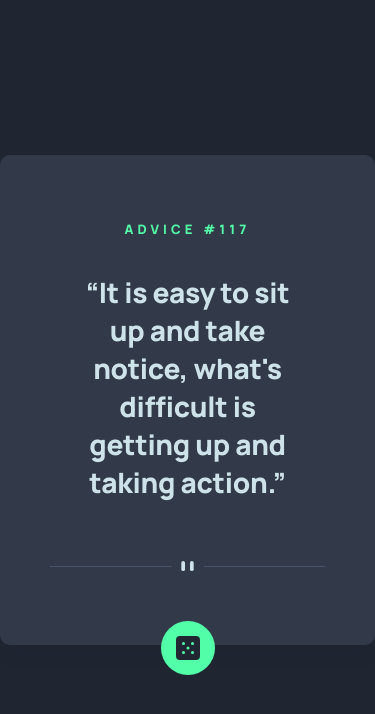
Repository: Arkitecth/advice-generator
Page: index.html
An editor plug-in stored every save of this project. The page is shown before and after the next save, followed by the edit.
The browser window is 375 px wide. The pictures show the whole page.

Above is the page before, as saved 2023-07-12 18:39:13.

### index.html
<!DOCTYPE html>
<html lang="en">
<head>
  <meta charset="UTF-8">
  <meta name="viewport" content="width=device-width, initial-scale=1.0"> <!-- displays site properly based on user's device -->

  <link rel="icon" type="image/png" sizes="32x32" href="./images/favicon-32x32.png">
  <link rel="stylesheet" href="style.css">
  <title>Advice generator app</title>

</head>
<body>
  <div class="container">
    <p class="advice">Advice <span class="advice-num">#117</span></p>
    <p class="advice-text">“It is easy to sit up and take notice, what's difficult is getting up and taking action.”</p>
    <img class="pattern-divider" src="images/pattern-divider-desktop.svg" alt="pattern-divider-desktop">
    <div>
      <img class="dice-icon" src="images/icon-dice.svg" alt="dice-icon">
    </div>

  </div>
</body>
</html>

### style.css

@import url('https://fonts.googleapis.com/css2?family=Manrope:wght@800&display=swap');
:root {
    --dark-blue: hsl(218, 23%, 16%);
    --dark-grayish-blue:hsl(217, 19%, 24%);
    --light-cyan:  hsl(193, 38%, 86%);
    --neon-green:hsl(150, 100%, 66%);
    --grayish-blue:hsl(217, 19%, 38%);
}
* {
    margin: 0;
    padding:0;
    box-sizing: border-box;
    font-family: 'Manrope', sans-serif;
}


body {
    background-color: var(--dark-blue);
    display: flex;
    height: 100vh;
    align-items: center;
}

.container {
    margin: 0 auto;
    background-color: var(--dark-grayish-blue);
    max-width: 540px;
    padding: 50px;
    border-radius: 10px;
    box-shadow: 0px 10px 10px var(--dark-blue);
    display: flex;
    flex-direction: column;
    align-items: center;
    align-content: space-around;
    justify-content: space-between;
}

.advice {
    color: var(--neon-green);
    text-transform: uppercase;
    font-weight: 800;
    letter-spacing: 4.086px;
    font-size: 0.8125rem;
    padding: 15px;
}

.advice-text {
    color: var(--light-cyan);
    text-align: center;
    font-size: 28px;
    letter-spacing: -0.3px;
    padding: 20px;
}


.pattern-divider {
    padding-top: 10px;
    width: 100%;
    transform: translateY(30px);
}

.container div {
    display: flex;
    transform: translateY(80px);
    background-color: var(--neon-green);
    border-radius: 50%;
    justify-content: center;
    padding: 15px;
    cursor: pointer;
}

.container div:hover {
    box-shadow: 0px 0px 10px var(--neon-green);
}

@media screen and (max-width:375px) {

}

After the next save:
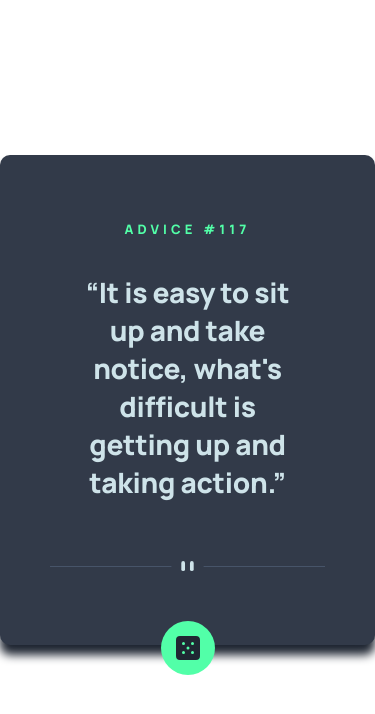
Saved 7 s later.
--- a/style.css
+++ b/style.css
@@ -75,5 +75,7 @@
 }
 
 @media screen and (max-width:375px) {
-
+    body {
+        background-color: white;
+    }
 }
